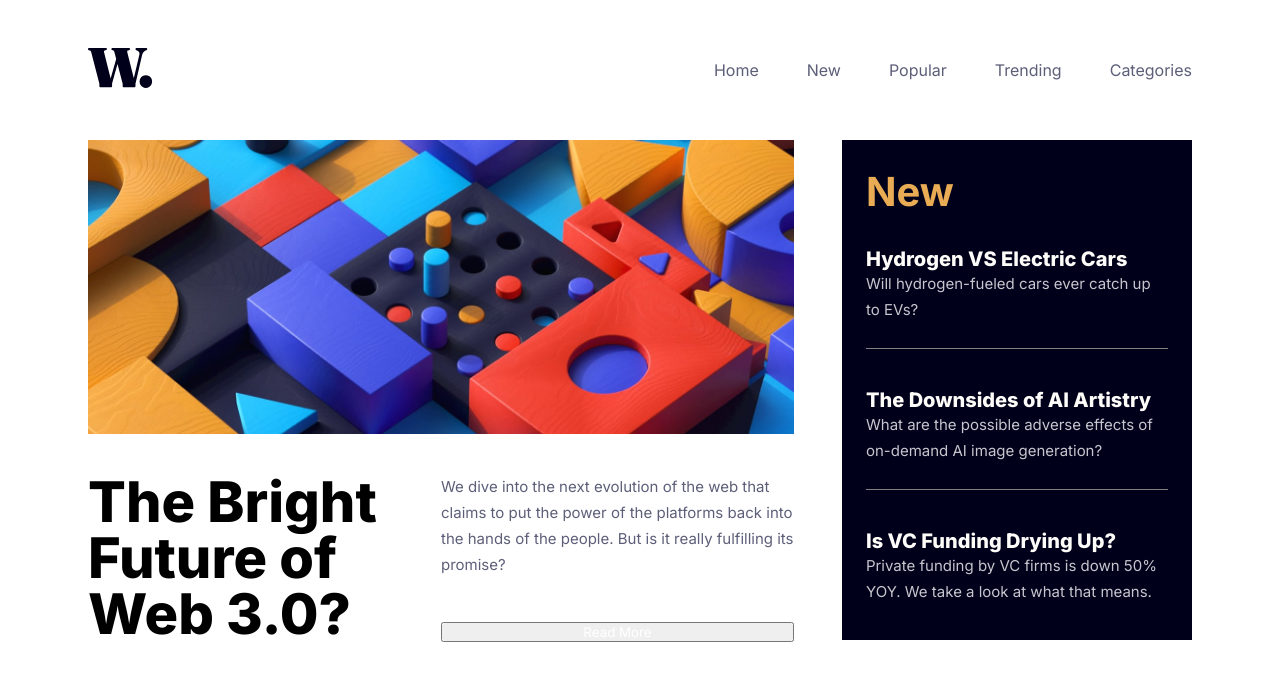
Repository: DevAntonioRogers/FrontendMentor-News-Homepage
Page: index.html
The author's editor kept a copy of each file at every save. The page is drawn from the files as they stood at one save, then again after the next save.
The browser window is 1280 px wide. The pictures show the whole page.

Above is the page before, as saved 2023-04-21 12:51:02.

After the next save:
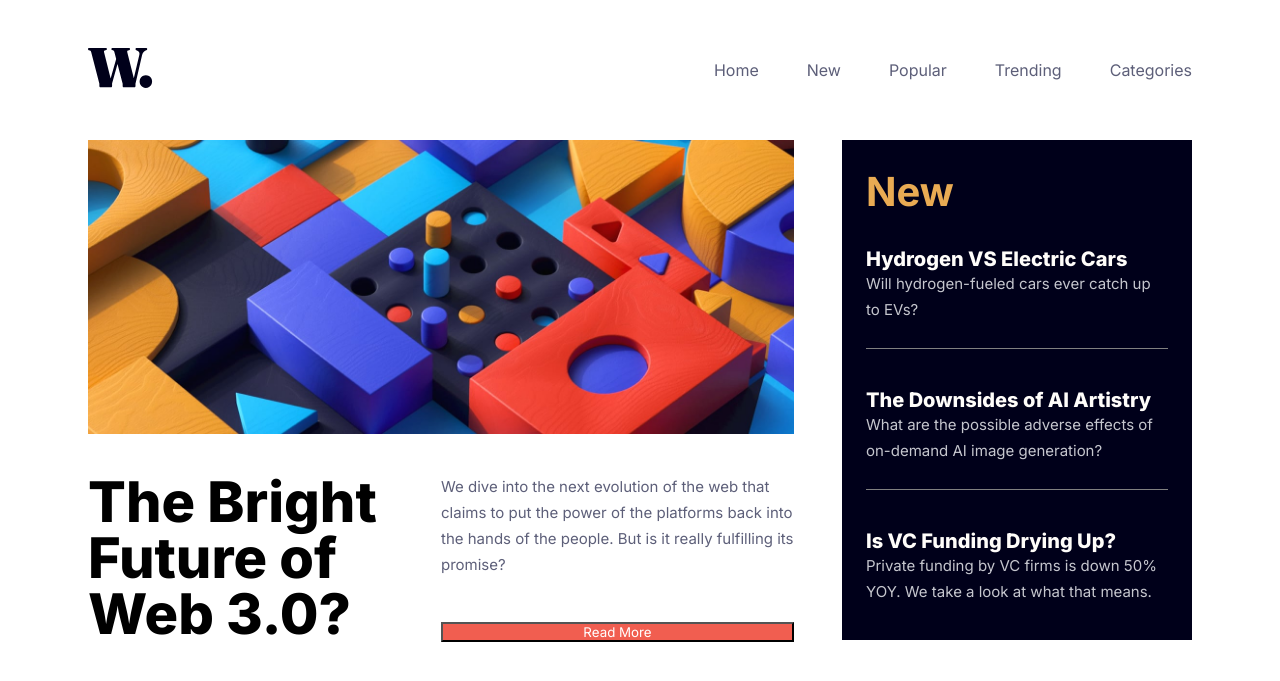
Saved 15 s later.
--- a/styles.css
+++ b/styles.css
@@ -87,7 +87,7 @@ nav{
 
 .hero-article button{
   color: white;
-  background-color: ;
+  background-color: hsl(5, 85%, 63%);
 }
 
 .hero-article p{
